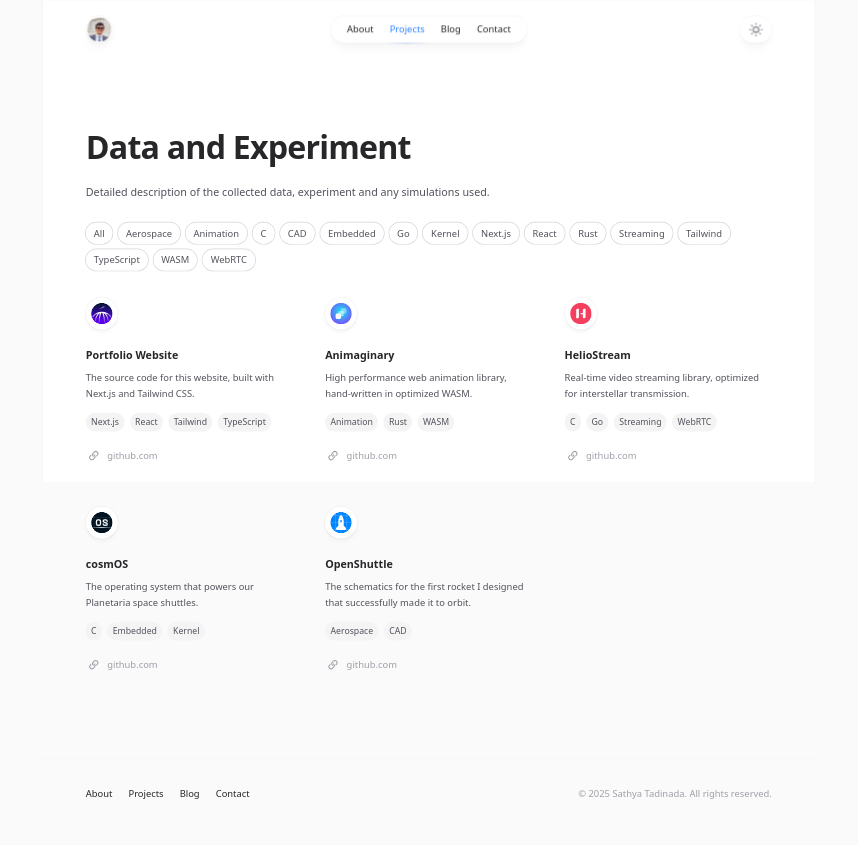
Repository: willwlee/chen3701
Page: /projects
These files come from the project's save history. The page is drawn as it stood at one moment and after the next save; the edit follows.
The browser window is 1280 px wide. The pictures show the whole page, at 67% of full size.
The page's requests for data from a server got no answer. The project was rebuilt for these pictures with package versions that can differ from the ones it lists, and the page was loaded fresh each time. The framework's server and built-in components were replaced by stand-ins that run in the browser. No one was signed in, and anything a server would have sent is missing. Also part of the build but not shown: next.config.mjs.

Above is the page before, as saved 2025-08-24 17:05:39.

### src/app/layout.tsx
import { type Metadata } from 'next'

import { Providers } from '@/app/providers'
import { Layout } from '@/components/Layout'

import '@/styles/tailwind.css'

export const metadata: Metadata = {
  title: {
    template: '%s - Sathya Tadinada',
    default:
      'Sathya Tadinada: Personal Portfolio',
  },
  description:
    'I’m Sathya Tadinada, a software developer and college student based in Salt Lake City. I’m excited to grow my skills in the tech field and make a positive impact through my work.',
  alternates: {
    types: {
      'application/rss+xml': `${process.env.NEXT_PUBLIC_SITE_URL}/feed.xml`,
    },
  },
}

export default function RootLayout({
  children,
}: {
  children: React.ReactNode
}) {
  return (
    <html lang="en" className="h-full antialiased" suppressHydrationWarning>
      <meta name='theme-color'></meta>
      <body className="flex h-full bg-zinc-50 dark:bg-black">
        <Providers>
          <div className="flex w-full">
            <Layout>{children}</Layout>
          </div>
        </Providers>
      </body>
    </html>
  )
}

### src/app/projects/page.tsx
import { type Metadata } from 'next'
import Link from 'next/link'
import Image from 'next/image'

import { Card } from '@/components/Card'
import { SimpleLayout } from '@/components/SimpleLayout'

import logoAnimaginary from '@/images/logos/animaginary.svg'
import logoCosmos from '@/images/logos/cosmos.svg'
import logoHelioStream from '@/images/logos/helio-stream.svg'
import logoOpenShuttle from '@/images/logos/open-shuttle.svg'
import logoPlanetaria from '@/images/logos/planetaria.svg'

/* -------------------------------------------------------------------------- */
/*  Project data                                                              */
/* -------------------------------------------------------------------------- */

type Project = {
  name: string
  description: string
  link: { href: string; label: string }
  logo: any
  tags: string[]
}

const projects: Project[] = [
  {
    name: 'Portfolio Website',
    description:
      'The source code for this website, built with Next.js and Tailwind CSS.',
    link: {
      href: 'https://github.com/SathyaTadinada/Portfolio-Website',
      label: 'github.com',
    },
    logo: logoPlanetaria,
    tags: ['TypeScript', 'Next.js', 'Tailwind', 'React'],
  },
  {
    name: 'Animaginary',
    description:
      'High performance web animation library, hand-written in optimized WASM.',
    link: { href: '#', label: 'github.com' },
    logo: logoAnimaginary,
    tags: ['Rust', 'WASM', 'Animation'],
  },
  {
    name: 'HelioStream',
    description:
      'Real-time video streaming library, optimized for interstellar transmission.',
    link: { href: '#', label: 'github.com' },
    logo: logoHelioStream,
    tags: ['Go', 'Streaming', 'WebRTC', 'C'],
  },
  {
    name: 'cosmOS',
    description: 'The operating system that powers our Planetaria space shuttles.',
    link: { href: '#', label: 'github.com' },
    logo: logoCosmos,
    tags: ['C', 'Kernel', 'Embedded'],
  },
  {
    name: 'OpenShuttle',
    description:
      'The schematics for the first rocket I designed that successfully made it to orbit.',
    link: { href: '#', label: 'github.com' },
    logo: logoOpenShuttle,
    tags: ['CAD', 'Aerospace'],
  },
]


function normalizeTags(input?: string) {
  if (!input) return []
  return input.split(',').filter(Boolean).map(decodeURIComponent)
}

function hrefFor(tag: string, selected: string[]) {
  const next = selected.includes(tag)
    ? selected.filter(t => t !== tag)
    : [...selected, tag]

  if (next.length === 0) return '/projects'
  return `/projects?tags=${next.map(encodeURIComponent).join(',')}`
}

function TagChip({ tag, selected }: { tag: string; selected: string[] }) {
  const isActive = tag !== 'All' && selected.includes(tag)
  const href = tag === 'All' ? '/projects' : hrefFor(tag, selected)

  return (
    <Link
      href={href}
      className={`rounded-full px-3 py-1 text-sm font-medium ring-1 ring-zinc-300 dark:ring-zinc-700 transition
        ${
          isActive
            ? 'bg-zinc-800 text-white dark:bg-zinc-200 dark:text-zinc-900'
            : 'text-zinc-600 hover:bg-zinc-100 dark:text-zinc-400 dark:hover:bg-zinc-700'
        }`}
    >
      {tag}
    </Link>
  )
}

/* Icon for the external-link footer */
function LinkIcon(props: React.ComponentPropsWithoutRef<'svg'>) {
  return (
    <svg viewBox="0 0 24 24" aria-hidden="true" {...props}>
      <path
        d="M15.712 11.823a.75.75 0 1 0 1.06 1.06l-1.06-1.06Zm-4.95 1.768a.75.75 0 0 0 1.06-1.06l-1.06 1.06Zm-2.475-1.414a.75.75 0 1 0-1.06-1.06l1.06 1.06Zm4.95-1.768a.75.75 0 1 0-1.06 1.06l1.06-1.06Zm3.359.53-.884.884 1.06 1.06.885-.883-1.061-1.06Zm-4.95-2.12 1.414-1.415L12 6.344l-1.415 1.413 1.061 1.061Zm0 3.535a2.5 2.5 0 0 1 0-3.536l-1.06-1.06a4 4 0 0 0 0 5.656l1.06-1.06Zm4.95-4.95a2.5 2.5 0 0 1 0 3.535L17.656 12a4 4 0 0 0 0-5.657l-1.06 1.06Zm1.06-1.06a4 4 0 0 0-5.656 0l1.06 1.06a2.5 2.5 0 0 1 3.536 0l1.06-1.06Zm-7.07 7.07.176.177 1.06-1.06-.176-.177-1.06 1.06Zm-3.183-.353.884-.884-1.06-1.06-.884.883 1.06 1.06Zm4.95 2.121-1.414 1.414 1.06 1.06 1.415-1.413-1.06-1.061Zm0-3.536a2.5 2.5 0 0 1 0 3.536l1.06 1.06a4 4 0 0 0 0-5.656l-1.06 1.06Zm-4.95 4.95a2.5 2.5 0 0 1 0-3.535L6.344 12a4 4 0 0 0 0 5.656l1.06-1.06Zm-1.06 1.06a4 4 0 0 0 5.657 0l-1.061-1.06a2.5 2.5 0 0 1-3.535 0l-1.061 1.06Zm7.07-7.07-.176-.177-1.06 1.06.176.178 1.06-1.061Z"
        fill="currentColor"
      />
    </svg>
  )
}

export const metadata: Metadata = {
  title: 'Data/Experiment',
  description: 'Data and Experiment Section',
}

export default async function Projects({
  searchParams,
}: {
  searchParams: Promise<{ tags?: string }>
}) {
  /* current filter → chips & project list */
  const selected = normalizeTags((await searchParams).tags)
  const allTags = Array.from(
    new Set(projects.flatMap(p => p.tags ?? [])),
  ).sort()

  const visible =
    selected.length === 0
      ? projects
      : projects.filter(p => selected.every(t => p.tags?.includes(t)))

  return (
    <SimpleLayout
      title="Data and Experiment"
      intro="Detailed description of the collected data, experiment and any simulations used."
      gapClass="mt-12 sm:mt-8"
    >
      {/* filter bar */}
      {allTags.length > 0 && (
        <div className="mb-10 flex flex-wrap gap-2">
          <TagChip tag="All" selected={selected} />
          {allTags.map(tag => (
            <TagChip key={tag} tag={tag} selected={selected} />
          ))}
        </div>
      )}

      {/* project grid */}
      <ul
        role="list"
        className="grid grid-cols-1 gap-x-12 gap-y-16 sm:grid-cols-2 lg:grid-cols-3"
      >
        {visible.map(project => (
          <Card as="li" key={project.name}>
            {/* logo */}
            <div className="relative z-10 flex h-12 w-12 items-center justify-center rounded-full bg-white shadow-md shadow-zinc-800/5 ring-1 ring-zinc-900/5 dark:border dark:border-zinc-700/50 dark:bg-zinc-800 dark:ring-0">
              <Image src={project.logo} alt="" className="h-8 w-8" unoptimized />
            </div>

            {/* name */}
            <h2 className="mt-6 text-base font-semibold text-zinc-800 dark:text-zinc-100">
              <Card.Link href={project.link.href} target="_blank" rel="noreferrer">
                {project.name}
              </Card.Link>
            </h2>

            {/* description */}
            <Card.Description>{project.description}</Card.Description>

            {/* tech-stack chips */}
            {project.tags?.length > 0 && (
              <div className="relative z-10 mt-4 flex flex-wrap gap-2">
                {project.tags
                  .slice()
                  .sort()
                  .map(tag => (
                    <span
                      key={tag}
                      className="rounded-full bg-zinc-100 px-2 py-0.5 text-xs font-medium text-zinc-600 dark:bg-zinc-700/40 dark:text-zinc-300"
                    >
                      {tag}
                    </span>
                  ))}
              </div>
            )}

            {/* footer link */}
            <p className="relative z-10 mt-6 flex text-sm font-medium text-zinc-400 transition group-hover:text-blue-500 dark:text-zinc-200">
              <LinkIcon className="h-6 w-6 flex-none" />
              <span className="ml-2">{project.link.label}</span>
            </p>
          </Card>
        ))}
      </ul>
      {visible.length === 0 && (
        <p className="mt-4 text-zinc-500 dark:text-zinc-400">
          No projects match&nbsp;
          {[...selected]
            .sort((a, b) => a.localeCompare(b))
            .map(t => `"${t}"`)
            .join(', ')}
          .
        </p>
      )}
    </SimpleLayout>
  )
}

### src/app/providers.tsx
'use client'

import { createContext, useEffect, useRef } from 'react'
import { usePathname } from 'next/navigation'
import { ThemeProvider, useTheme } from 'next-themes'

function usePrevious<T>(value: T): T | undefined {
  const ref = useRef<T | undefined>(undefined)

  useEffect(() => {
    ref.current = value
  }, [value])

  return ref.current
}

function ThemeWatcher() {
  let { resolvedTheme, setTheme } = useTheme()

  useEffect(() => {
    let media = window.matchMedia('(prefers-color-scheme: dark)')

    function onMediaChange() {
      let systemTheme = media.matches ? 'dark' : 'light'
      if (resolvedTheme === systemTheme) {
        setTheme('system')
      }
    }

    onMediaChange()
    media.addEventListener('change', onMediaChange)

    return () => {
      media.removeEventListener('change', onMediaChange)
    }
  }, [resolvedTheme, setTheme])

  return null
}

export const AppContext = createContext<{ previousPathname?: string }>({})

export function Providers({ children }: { children: React.ReactNode }) {
  let pathname = usePathname()
  let previousPathname = usePrevious(pathname)

  return (
    <AppContext.Provider value={{ previousPathname }}>
      <ThemeProvider attribute="class" disableTransitionOnChange>
        <ThemeWatcher />
        {children}
      </ThemeProvider>
    </AppContext.Provider>
  )
}

### src/styles/tailwind.css
@config "../../tailwind.config.ts";
@plugin "@tailwindcss/typography";
@import 'tailwindcss';

@layer utilities {
  /* Hide scrollbar but keep scrolling */
  .no-scrollbar {
    -ms-overflow-style: none; /* IE/old Edge */
    scrollbar-width: none; /* Firefox */
  }
  .no-scrollbar::-webkit-scrollbar {
    display: none; /* Chrome/Safari/Opera */
  }
}

html {
  scroll-behavior: smooth;
}

### src/components/Card.tsx
import Link from 'next/link'
import clsx from 'clsx'

function ChevronRightIcon(props: React.ComponentPropsWithoutRef<'svg'>) {
  return (
    <svg viewBox="0 0 16 16" fill="none" aria-hidden="true" {...props}>
      <path
        d="M6.75 5.75 9.25 8l-2.5 2.25"
        strokeWidth="1.5"
        strokeLinecap="round"
        strokeLinejoin="round"
      />
    </svg>
  )
}

export function Card<T extends React.ElementType = 'div'>({
  as,
  className,
  children,
}: Omit<React.ComponentPropsWithoutRef<T>, 'as' | 'className'> & {
  as?: T
  className?: string
}) {
  let Component = as ?? 'div'

  return (
    <Component
      className={clsx(className, 'group relative flex flex-col items-start')}
    >
      {children}
    </Component>
  )
}

Card.Link = function CardLink({
  children,
  ...props
}: React.ComponentPropsWithoutRef<typeof Link>) {
  return (
    <>
      <div className="absolute -inset-x-4 -inset-y-6 z-0 scale-95 bg-zinc-50 opacity-0 transition group-hover:scale-100 group-hover:opacity-100 sm:-inset-x-6 sm:rounded-2xl dark:bg-zinc-800/50" />
      <Link {...props}>
        <span className="absolute -inset-x-4 -inset-y-6 z-20 sm:-inset-x-6 sm:rounded-2xl" />
        <span className="relative z-10">{children}</span>
      </Link>
    </>
  )
}

Card.Title = function CardTitle<T extends React.ElementType = 'h2'>({
  as,
  href,
  children,
}: Omit<React.ComponentPropsWithoutRef<T>, 'as' | 'href'> & {
  as?: T
  href?: string
}) {
  const Component = as ?? 'h2'
  return (
    <Component
      className="
        m-0 text-base font-semibold tracking-tight text-zinc-800 dark:text-zinc-100
        [&>a]:no-underline [&>a]:text-inherit
      "
    >
      {href ? <Card.Link href={href}>{children}</Card.Link> : children}
    </Component>
  )
}

Card.Description = function CardDescription({
  children,
}: {
  children: React.ReactNode
}) {
  return (
    <p className="relative z-10 mt-2 text-sm text-zinc-600 dark:text-zinc-400">
      {children}
    </p>
  )
}

Card.Cta = function CardCta({ children }: { children: React.ReactNode }) {
  return (
    <div
      aria-hidden="true"
      className="relative z-10 mt-4 flex items-center text-sm font-medium text-blue-500"
    >
      {children}
      <ChevronRightIcon className="ml-1 h-4 w-4 stroke-current" />
    </div>
  )
}

Card.Eyebrow = function CardEyebrow<T extends React.ElementType = 'p'>({
  as,
  decorate = false,
  className,
  children,
  ...props
}: Omit<React.ComponentPropsWithoutRef<T>, 'as' | 'decorate'> & {
  as?: T
  decorate?: boolean
}) {
  let Component = as ?? 'p'

  return (
    <Component
      className={clsx(
        className,
        'relative z-10 order-first mb-3 flex items-center text-sm text-zinc-400 dark:text-zinc-500',
        decorate && 'pl-3.5',
      )}
      {...props}
    >
      {decorate && (
        <span
          className="absolute inset-y-0 left-0 flex items-center"
          aria-hidden="true"
        >
          <span className="h-4 w-0.5 rounded-full bg-zinc-200 dark:bg-zinc-500" />
        </span>
      )}
      {children}
    </Component>
  )
}

### src/components/SimpleLayout.tsx
import { Container } from '@/components/Container'

export function SimpleLayout({
  title,
  intro,
  children,
  gapClass = 'mt-16 sm:mt-20',
}: {
  title: string
  intro: string
  children?: React.ReactNode
  gapClass?: string
}) {
  return (
    <Container className="mt-16 sm:mt-32">
      <header className="max-w-2xl">
        <h1 className="text-4xl font-bold tracking-tight text-zinc-800 sm:text-5xl dark:text-zinc-100">
          {title}
        </h1>
        <p className="mt-6 text-base text-zinc-600 dark:text-zinc-400">
          {intro}
        </p>
      </header>
      {children && <div className={gapClass}>{children}</div>}
    </Container>
  )
}

### src/components/Footer.tsx
import Link from 'next/link'

import { ContainerInner, ContainerOuter } from '@/components/Container'

function NavLink({
  href,
  children,
}: {
  href: string
  children: React.ReactNode
}) {
  return (
    <Link
      href={href}
      className="transition hover:text-blue-500 dark:hover:text-blue-400"
    >
      {children}
    </Link>
  )
}

export function Footer() {
  return (
    <footer className="mt-32 flex-none">
      <ContainerOuter>
        <div className="border-t border-zinc-100 pb-16 pt-10 dark:border-zinc-700/40">
          <ContainerInner>
            <div className="flex flex-col items-center justify-between gap-6 sm:flex-row">
              <div className="flex flex-wrap justify-center gap-x-6 gap-y-1 text-sm font-medium text-zinc-800 dark:text-zinc-200">
                <NavLink href="/about">About</NavLink>
                <NavLink href="/projects">Projects</NavLink>
                {/* <NavLink href="/speaking">Research</NavLink> */}
                <NavLink /* href="https://tadinada.medium.com/" */ href="/blog">Blog</NavLink>
                <NavLink href="/contact">Contact</NavLink>
              </div>
              <p className="text-sm text-zinc-400 dark:text-zinc-500">
                <a href="mailto:sathya@tadinada.com" target='_blank' rel='noreferrer'>&copy; {new Date().getFullYear()} Sathya Tadinada. All rights reserved.</a>
              </p>
            </div>
          </ContainerInner>
        </div>
      </ContainerOuter>
    </footer>
  )
}

### src/components/Container.tsx
import { forwardRef } from 'react'
import clsx from 'clsx'

export const ContainerOuter = forwardRef<
  React.ElementRef<'div'>,
  React.ComponentPropsWithoutRef<'div'>
>(function OuterContainer({ className, children, ...props }, ref) {
  return (
    <div ref={ref} className={clsx('sm:px-8', className)} {...props}>
      <div className="mx-auto w-full max-w-7xl lg:px-8">{children}</div>
    </div>
  )
})

export const ContainerInner = forwardRef<
  React.ElementRef<'div'>,
  React.ComponentPropsWithoutRef<'div'>
>(function InnerContainer({ className, children, ...props }, ref) {
  return (
    <div
      ref={ref}
      className={clsx('relative px-4 sm:px-8 lg:px-12', className)}
      {...props}
    >
      <div className="mx-auto max-w-2xl lg:max-w-5xl">{children}</div>
    </div>
  )
})

export const Container = forwardRef<
  React.ElementRef<typeof ContainerOuter>,
  React.ComponentPropsWithoutRef<typeof ContainerOuter>
>(function Container({ children, ...props }, ref) {
  return (
    <ContainerOuter ref={ref} {...props}>
      <ContainerInner>{children}</ContainerInner>
    </ContainerOuter>
  )
})

Loaded but not shown: src/components/Layout.tsx (common file); src/components/Header.tsx (473 lines, source omitted); tailwind.config.ts (194 lines, source omitted)

After the next save:
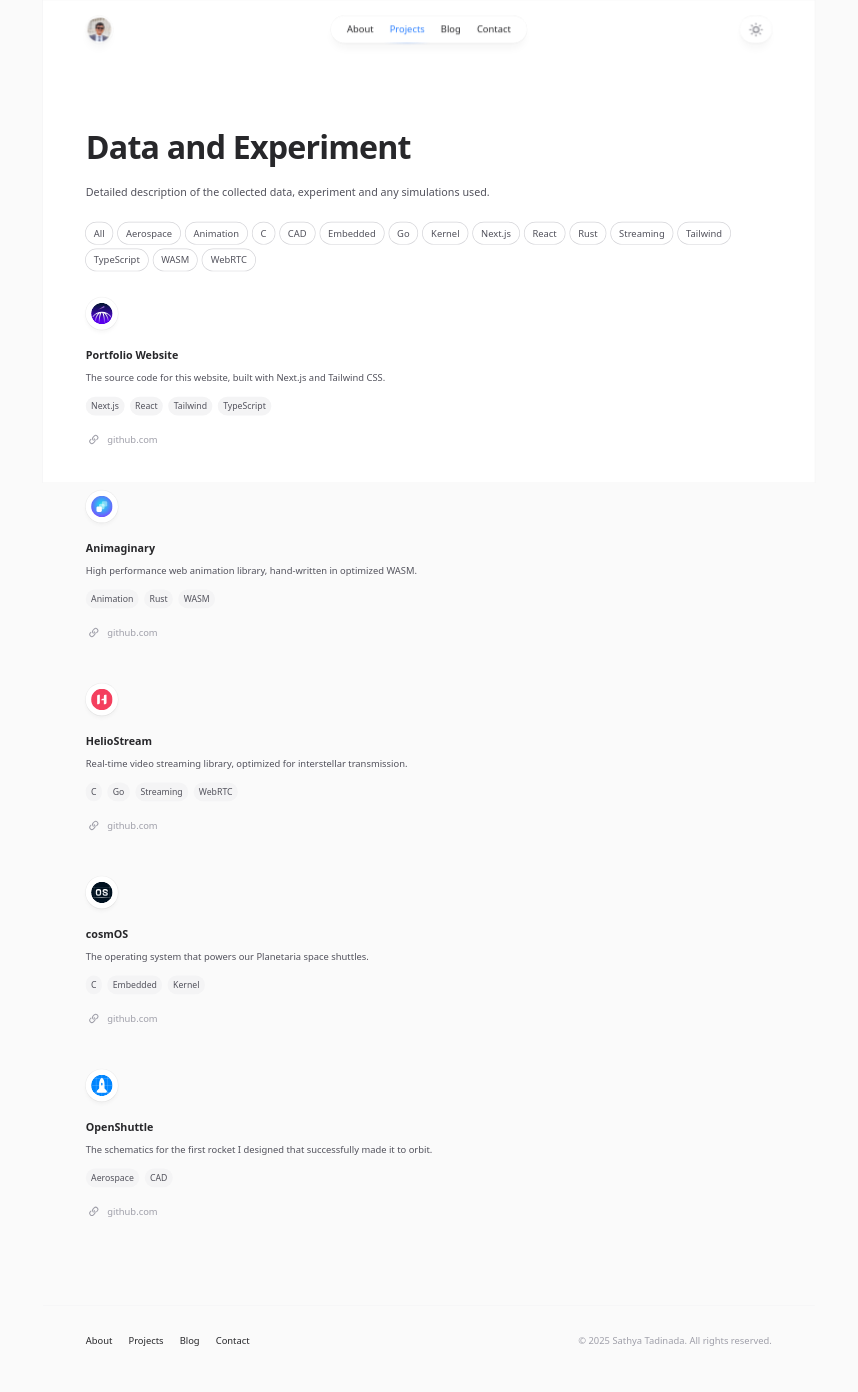
Saved 87 s later.
--- a/src/app/projects/page.tsx
+++ b/src/app/projects/page.tsx
@@ -154,7 +154,7 @@ export default async function Projects({
       {/* project grid */}
       <ul
         role="list"
-        className="grid grid-cols-1 gap-x-12 gap-y-16 sm:grid-cols-2 lg:grid-cols-3"
+        className="grid grid-cols-1 gap-x-12 gap-y-16"
       >
         {visible.map(project => (
           <Card as="li" key={project.name}>
